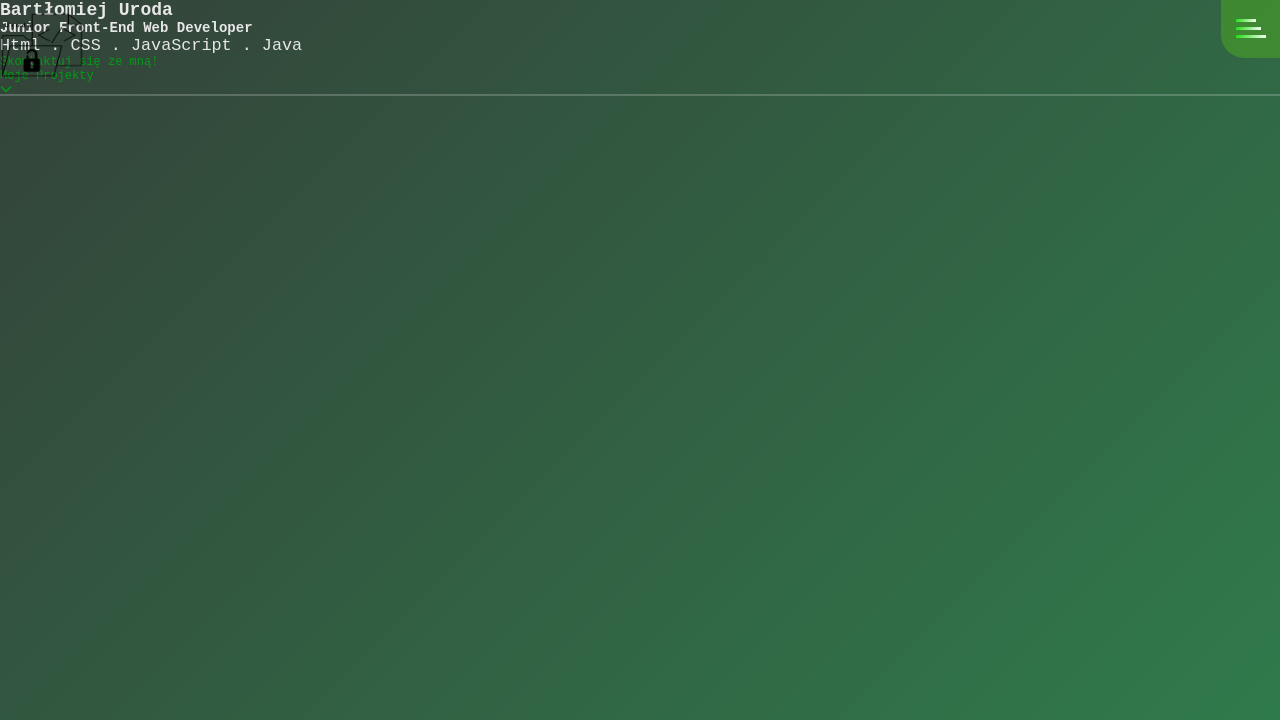
Repository: BartekUroda/portfolio
Page: index.html
These files come from the project's save history. The page is drawn as it stood at one moment and after the next save; the edit follows.
The browser window is 1280 px wide. The pictures show the whole page.
Some web fonts or font styles are not loaded; a fallback is used. Some web libraries are served in a nearby version.

Above is the page before, as saved 2020-10-26 23:53:17.

After the next save:
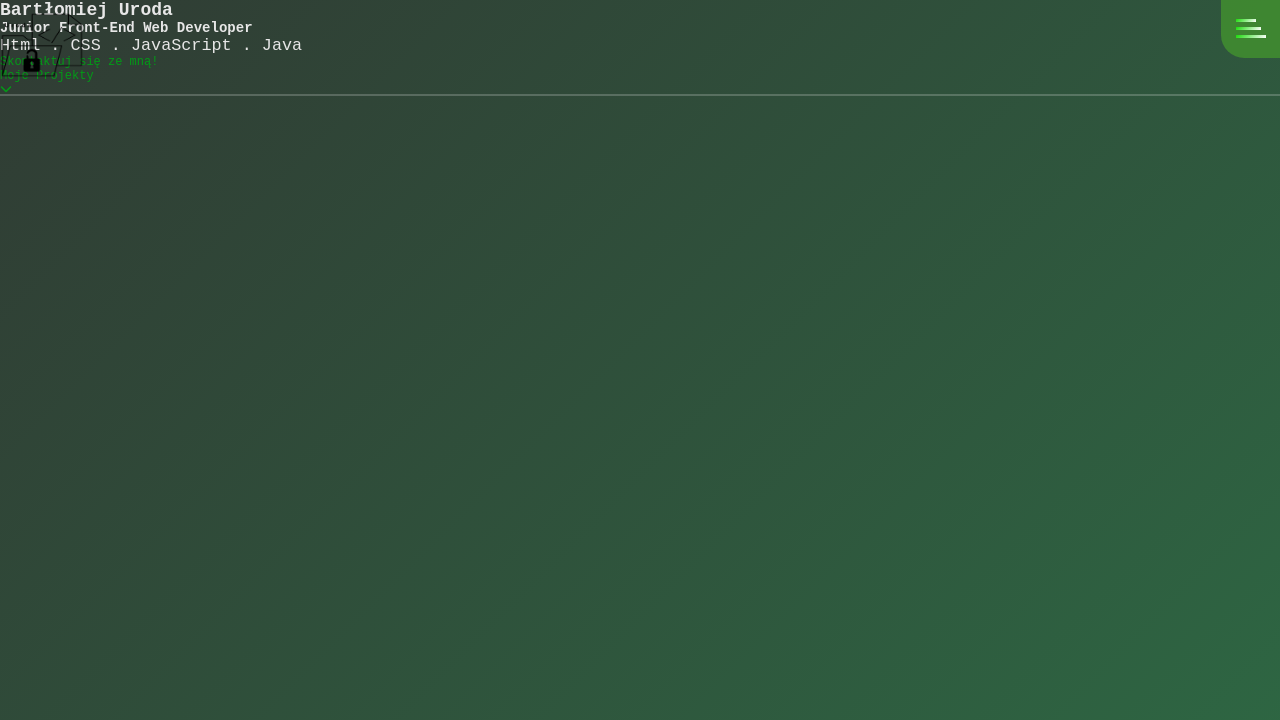
Saved 20 s later.
--- a/css/style.css
+++ b/css/style.css
@@ -172,8 +172,8 @@ nav {
     height: 100vh;
     background: linear-gradient(
         135deg,
-        rgba(52, 66, 57, 0.9) 0%,
-        rgba(47, 136, 80, 0.8) 100%
+        rgba(48, 58, 51, 0.9) 0%,
+        rgba(45, 110, 69, 0.8) 100%
     ),
     url('')
 }
